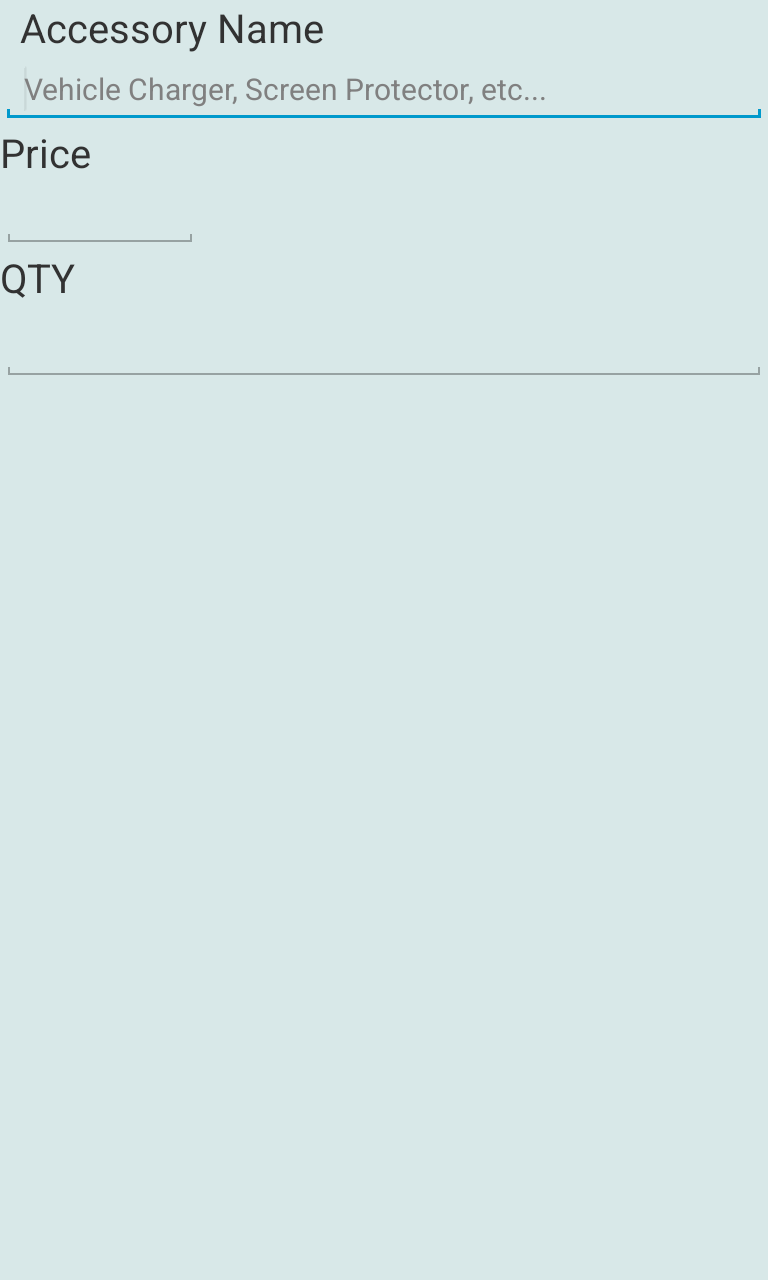
Repository: jemcphe/XCell
Layout: XCell/res/layout/frag_accessories.xml
An editor plug-in stored every save of this project. The layout is shown before and after the next save, followed by the edit.
It is drawn on a 768 x 1280 px phone screen (xhdpi) without system bars, with theme Theme.Xcell; the app's code is not run.

Above is the layout before, as saved 2013-08-16 02:39:05.

### XCell/res/layout/frag_accessories.xml
<?xml version="1.0" encoding="utf-8"?>
<LinearLayout xmlns:android="http://schemas.android.com/apk/res/android"
    android:id="@+id/frag_accessories"
    android:layout_width="match_parent"
    android:layout_height="match_parent"
    android:background="@color/background_xcell"
    android:orientation="vertical" >

    <TextView
        android:layout_width="300dp"
        android:layout_height="wrap_content"
        android:textSize="20sp"
        android:layout_marginLeft="10dp"
        android:text="Accessory Name"/>

    <EditText
        android:id="@+id/editText1"
        android:layout_width="match_parent"
        android:layout_height="wrap_content"
        android:hint="Vehicle Charger, Screen Protector, etc..."
        android:textSize="15sp">

        <requestFocus />
    </EditText>

    <TextView
        android:id="@+id/textView1"
        android:layout_width="wrap_content"
        android:layout_height="wrap_content"
        android:text="Price"
        android:textSize="20sp" />

    <EditText
        android:id="@+id/editText2"
        android:layout_width="100dp"
        android:layout_height="wrap_content"
        android:textSize="15sp"
        android:inputType="numberDecimal" />

    <TextView
        android:id="@+id/textView2"
        android:layout_width="wrap_content"
        android:layout_height="wrap_content"
        android:text="QTY"
        android:textSize="20sp" />

    <EditText
        android:id="@+id/editText3"
        android:layout_width="match_parent"
        android:layout_height="wrap_content"
        android:ems="10"
        android:inputType="number" />

</LinearLayout>

### XCell/res/values/styles_xcell.xml
<?xml version="1.0" encoding="utf-8"?>

<resources>

    <style name="Theme.Xcell" parent="@android:style/Theme.Holo.Light">
        <item name="android:actionBarItemBackground">@drawable/selectable_background_xcell</item>
        <item name="android:popupMenuStyle">@style/PopupMenu.Xcell</item>
        <item name="android:dropDownListViewStyle">@style/DropDownListView.Xcell</item>
        <item name="android:actionBarTabStyle">@style/ActionBarTabStyle.Xcell</item>
        <item name="android:actionDropDownStyle">@style/DropDownNav.Xcell</item>
        <item name="android:actionBarStyle">@style/ActionBar.Solid.Xcell</item>
        <item name="android:actionModeBackground">@drawable/cab_background_top_xcell</item>
        <item name="android:actionModeSplitBackground">@drawable/cab_background_bottom_xcell</item>
        <item name="android:actionModeCloseButtonStyle">@style/ActionButton.CloseMode.Xcell</item>


    </style>

    <style name="ActionBar.Solid.Xcell" parent="@android:style/Widget.Holo.Light.ActionBar.Solid">
        <item name="android:background">@drawable/ab_background_textured_xcell</item>
        <item name="android:backgroundStacked">@drawable/ab_stacked_solid_xcell</item>
        <item name="android:backgroundSplit">@drawable/ab_background_textured_xcell</item>
        <item name="android:progressBarStyle">@style/ProgressBar.Xcell</item>
    </style>

    <style name="ActionBar.Transparent.Xcell" parent="@android:style/Widget.Holo.Light.ActionBar">
        <item name="android:background">@drawable/ab_transparent_xcell</item>
        <item name="android:progressBarStyle">@style/ProgressBar.Xcell</item>
    </style>

    <style name="PopupMenu.Xcell" parent="@android:style/Widget.Holo.Light.ListPopupWindow">
        <item name="android:popupBackground">@drawable/menu_dropdown_panel_xcell</item>
    </style>

    <style name="DropDownListView.Xcell" parent="@android:style/Widget.Holo.Light.ListView.DropDown">
        <item name="android:listSelector">@drawable/selectable_background_xcell</item>
    </style>

    <style name="ActionBarTabStyle.Xcell" parent="@android:style/Widget.Holo.Light.ActionBar.TabView">
        <item name="android:background">@drawable/tab_indicator_ab_xcell</item>
    </style>

    <style name="DropDownNav.Xcell" parent="@android:style/Widget.Holo.Light.Spinner">
        <item name="android:background">@drawable/spinner_background_ab_xcell</item>
        <item name="android:popupBackground">@drawable/menu_dropdown_panel_xcell</item>
        <item name="android:dropDownSelector">@drawable/selectable_background_xcell</item>
    </style>

    <style name="ProgressBar.Xcell" parent="@android:style/Widget.Holo.Light.ProgressBar.Horizontal">
        <item name="android:progressDrawable">@drawable/progress_horizontal_xcell</item>
    </style>

    <style name="ActionButton.CloseMode.Xcell" parent="@android:style/Widget.Holo.Light.ActionButton.CloseMode">
        <item name="android:background">@drawable/btn_cab_done_xcell</item>
    </style>

    <!-- this style is only referenced in a Light.DarkActionBar based theme -->
    <style name="Theme.Xcell.Widget" parent="@android:style/Theme.Holo">
        <item name="android:popupMenuStyle">@style/PopupMenu.Xcell</item>
        <item name="android:dropDownListViewStyle">@style/DropDownListView.Xcell</item>
    </style>

</resources>

### XCell/res/drawable/selectable_background_xcell.xml
<?xml version="1.0" encoding="utf-8"?>
<!-- File created by the Android Action Bar Style Generator

     Copyright (C) 2011 The Android Open Source Project
     Copyright (C) 2012 readyState Software Ltd

     Licensed under the Apache License, Version 2.0 (the "License");
     you may not use this file except in compliance with the License.
     You may obtain a copy of the License at

          http://www.apache.org/licenses/LICENSE-2.0

     Unless required by applicable law or agreed to in writing, software
     distributed under the License is distributed on an "AS IS" BASIS,
     WITHOUT WARRANTIES OR CONDITIONS OF ANY KIND, either express or implied.
     See the License for the specific language governing permissions and
     limitations under the License.
-->

<selector xmlns:android="http://schemas.android.com/apk/res/android"
        android:exitFadeDuration="@android:integer/config_mediumAnimTime" >
    <item android:state_pressed="false" android:state_focused="true" android:drawable="@drawable/list_focused_xcell" />
    <item android:state_pressed="true" android:drawable="@drawable/pressed_background_xcell" />
    <item android:drawable="@android:color/transparent" />
</selector>

### XCell/res/drawable/btn_cab_done_xcell.xml
<?xml version="1.0" encoding="utf-8"?>
<!-- File created by the Android Action Bar Style Generator

     Copyright (C) 2011 The Android Open Source Project
     Copyright (C) 2012 readyState Software Ltd

     Licensed under the Apache License, Version 2.0 (the "License");
     you may not use this file except in compliance with the License.
     You may obtain a copy of the License at

          http://www.apache.org/licenses/LICENSE-2.0

     Unless required by applicable law or agreed to in writing, software
     distributed under the License is distributed on an "AS IS" BASIS,
     WITHOUT WARRANTIES OR CONDITIONS OF ANY KIND, either express or implied.
     See the License for the specific language governing permissions and
     limitations under the License.
-->

<selector xmlns:android="http://schemas.android.com/apk/res/android">
    <item android:state_pressed="true"
        android:drawable="@drawable/btn_cab_done_pressed_xcell" />
    <item android:state_focused="true" android:state_enabled="true"
        android:drawable="@drawable/btn_cab_done_focused_xcell" />
    <item android:state_enabled="true"
        android:drawable="@drawable/btn_cab_done_default_xcell" />
</selector>

### XCell/res/drawable/ab_background_textured_xcell.xml
<?xml version="1.0" encoding="utf-8"?>
<!-- File created by the Android Action Bar Style Generator

     Copyright (C) 2012 readyState Software Ltd

     Licensed under the Apache License, Version 2.0 (the "License");
     you may not use this file except in compliance with the License.
     You may obtain a copy of the License at

          http://www.apache.org/licenses/LICENSE-2.0

     Unless required by applicable law or agreed to in writing, software
     distributed under the License is distributed on an "AS IS" BASIS,
     WITHOUT WARRANTIES OR CONDITIONS OF ANY KIND, either express or implied.
     See the License for the specific language governing permissions and
     limitations under the License.
-->

<bitmap xmlns:android="http://schemas.android.com/apk/res/android"
    android:src="@drawable/ab_texture_tile_xcell"
    android:tileMode="repeat" />

### XCell/res/drawable/progress_horizontal_xcell.xml
<?xml version="1.0" encoding="utf-8"?>
<!-- File created by the Android Action Bar Style Generator

     Copyright (C) 2011 The Android Open Source Project
     Copyright (C) 2012 readyState Software Ltd

     Licensed under the Apache License, Version 2.0 (the "License");
     you may not use this file except in compliance with the License.
     You may obtain a copy of the License at

          http://www.apache.org/licenses/LICENSE-2.0

     Unless required by applicable law or agreed to in writing, software
     distributed under the License is distributed on an "AS IS" BASIS,
     WITHOUT WARRANTIES OR CONDITIONS OF ANY KIND, either express or implied.
     See the License for the specific language governing permissions and
     limitations under the License.
-->

<layer-list xmlns:android="http://schemas.android.com/apk/res/android">

    <item android:id="@android:id/background"
          android:drawable="@drawable/progress_bg_xcell" />

    <item android:id="@android:id/secondaryProgress">
        <scale android:scaleWidth="100%"
               android:drawable="@drawable/progress_secondary_xcell" />
    </item>

    <item android:id="@android:id/progress">
        <scale android:scaleWidth="100%"
               android:drawable="@drawable/progress_primary_xcell" />
    </item>

</layer-list>

### XCell/res/drawable/spinner_background_ab_xcell.xml
<?xml version="1.0" encoding="utf-8"?>
<!-- File created by the Android Action Bar Style Generator

     Copyright (C) 2011 The Android Open Source Project
     Copyright (C) 2012 readyState Software Ltd

     Licensed under the Apache License, Version 2.0 (the "License");
     you may not use this file except in compliance with the License.
     You may obtain a copy of the License at

          http://www.apache.org/licenses/LICENSE-2.0

     Unless required by applicable law or agreed to in writing, software
     distributed under the License is distributed on an "AS IS" BASIS,
     WITHOUT WARRANTIES OR CONDITIONS OF ANY KIND, either express or implied.
     See the License for the specific language governing permissions and
     limitations under the License.
-->

<selector xmlns:android="http://schemas.android.com/apk/res/android">
    <item android:state_enabled="false"
        android:drawable="@drawable/spinner_ab_disabled_xcell" />
    <item android:state_pressed="true"
        android:drawable="@drawable/spinner_ab_pressed_xcell" />
    <item android:state_pressed="false" android:state_focused="true"
        android:drawable="@drawable/spinner_ab_focused_xcell" />
    <item android:drawable="@drawable/spinner_ab_default_xcell" />
</selector>

### XCell/res/drawable/tab_indicator_ab_xcell.xml
<?xml version="1.0" encoding="utf-8"?>
<!-- File created by the Android Action Bar Style Generator

     Copyright (C) 2011 The Android Open Source Project
     Copyright (C) 2012 readyState Software Ltd

     Licensed under the Apache License, Version 2.0 (the "License");
     you may not use this file except in compliance with the License.
     You may obtain a copy of the License at

          http://www.apache.org/licenses/LICENSE-2.0

     Unless required by applicable law or agreed to in writing, software
     distributed under the License is distributed on an "AS IS" BASIS,
     WITHOUT WARRANTIES OR CONDITIONS OF ANY KIND, either express or implied.
     See the License for the specific language governing permissions and
     limitations under the License.
-->

<selector xmlns:android="http://schemas.android.com/apk/res/android">
    <!-- Non focused states -->
    <item android:state_focused="false" android:state_selected="false" android:state_pressed="false" android:drawable="@android:color/transparent" />
    <item android:state_focused="false" android:state_selected="true"  android:state_pressed="false" android:drawable="@drawable/tab_selected_xcell" />

    <!-- Focused states -->
    <item android:state_focused="true" android:state_selected="false" android:state_pressed="false" android:drawable="@drawable/tab_unselected_focused_xcell" />
    <item android:state_focused="true" android:state_selected="true"  android:state_pressed="false" android:drawable="@drawable/tab_selected_focused_xcell" />

    <!-- Pressed -->
    <!--    Non focused states -->
    <item android:state_focused="false" android:state_selected="false" android:state_pressed="true" android:drawable="@drawable/tab_unselected_pressed_xcell" />
    <item android:state_focused="false" android:state_selected="true"  android:state_pressed="true" android:drawable="@drawable/tab_selected_pressed_xcell" />

    <!--    Focused states -->
    <item android:state_focused="true" android:state_selected="false" android:state_pressed="true" android:drawable="@drawable/tab_unselected_pressed_xcell" />
    <item android:state_focused="true" android:state_selected="true"  android:state_pressed="true" android:drawable="@drawable/tab_selected_pressed_xcell" />
</selector>

### XCell/res/drawable/pressed_background_xcell.xml
<?xml version="1.0" encoding="utf-8"?>
<!-- File created by the Android Action Bar Style Generator

     Copyright (C) 2011 The Android Open Source Project
     Copyright (C) 2012 readyState Software Ltd

     Licensed under the Apache License, Version 2.0 (the "License");
     you may not use this file except in compliance with the License.
     You may obtain a copy of the License at

          http://www.apache.org/licenses/LICENSE-2.0

     Unless required by applicable law or agreed to in writing, software
     distributed under the License is distributed on an "AS IS" BASIS,
     WITHOUT WARRANTIES OR CONDITIONS OF ANY KIND, either express or implied.
     See the License for the specific language governing permissions and
     limitations under the License.
-->

<shape xmlns:android="http://schemas.android.com/apk/res/android" android:shape="rectangle">
    <solid android:color="@color/pressed_xcell" />
</shape>

### XCell/res/values/colors_xcell.xml
<?xml version="1.0" encoding="utf-8"?>
<!-- File created by the Android Action Bar Style Generator

     Copyright (C) 2011 The Android Open Source Project
     Copyright (C) 2012 readyState Software Ltd

     Licensed under the Apache License, Version 2.0 (the "License");
     you may not use this file except in compliance with the License.
     You may obtain a copy of the License at

          http://www.apache.org/licenses/LICENSE-2.0

     Unless required by applicable law or agreed to in writing, software
     distributed under the License is distributed on an "AS IS" BASIS,
     WITHOUT WARRANTIES OR CONDITIONS OF ANY KIND, either express or implied.
     See the License for the specific language governing permissions and
     limitations under the License.
-->

<resources>
    <color name="pressed_xcell">#CC33B5E5</color>
    <color name="background_xcell">#d8e8e8</color>
    <color name="xcell_blue">#12679b</color>
</resources>

After the next save:
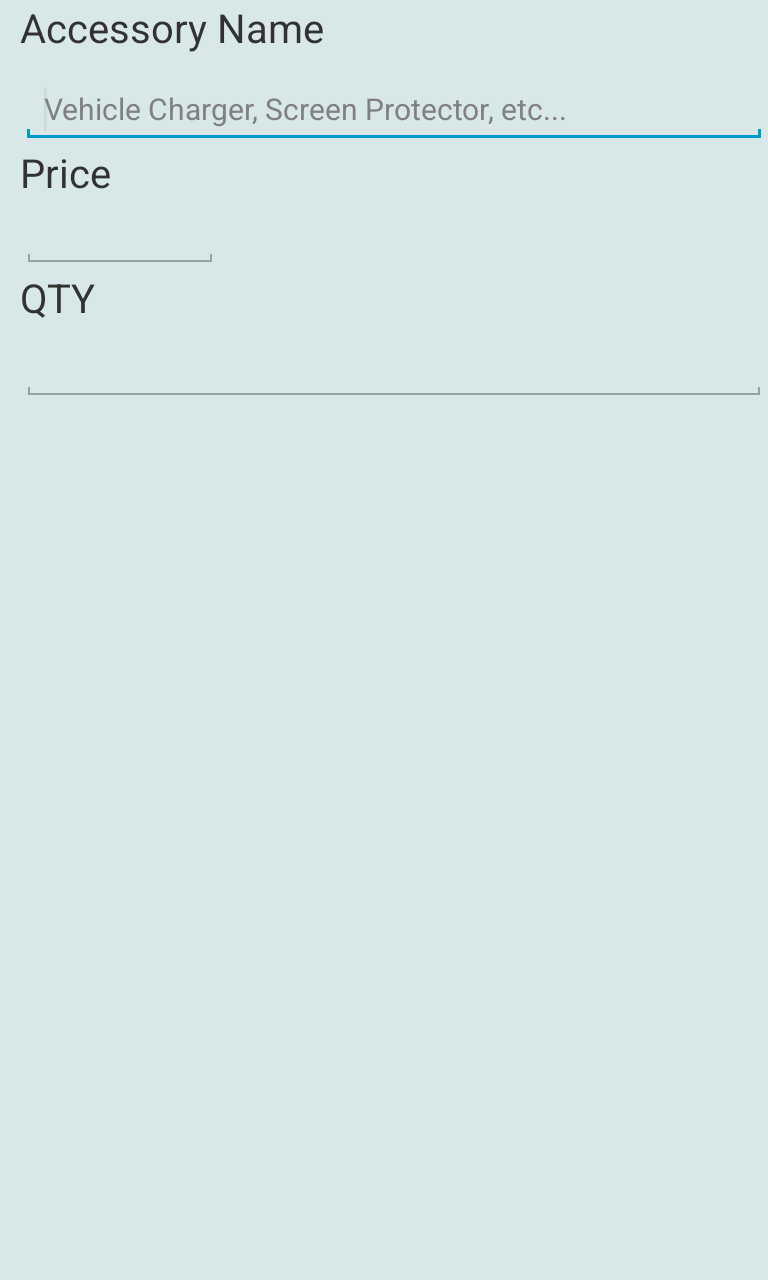
Saved 48 s later.
--- a/XCell/res/layout/frag_accessories.xml
+++ b/XCell/res/layout/frag_accessories.xml
@@ -18,7 +18,9 @@
         android:layout_width="match_parent"
         android:layout_height="wrap_content"
         android:hint="Vehicle Charger, Screen Protector, etc..."
-        android:textSize="15sp">
+        android:layout_marginLeft="10dp"
+        android:textSize="15sp"
+        android:layout_marginTop="10dp">
 
         <requestFocus />
     </EditText>
@@ -28,27 +30,31 @@
         android:layout_width="wrap_content"
         android:layout_height="wrap_content"
         android:text="Price"
-        android:textSize="20sp" />
+        android:textSize="20sp"
+        android:layout_marginLeft="10dp" />
 
     <EditText
         android:id="@+id/editText2"
         android:layout_width="100dp"
         android:layout_height="wrap_content"
         android:textSize="15sp"
-        android:inputType="numberDecimal" />
+        android:inputType="numberDecimal"
+        android:layout_marginLeft="10dp" />
 
     <TextView
         android:id="@+id/textView2"
         android:layout_width="wrap_content"
         android:layout_height="wrap_content"
         android:text="QTY"
-        android:textSize="20sp" />
+        android:textSize="20sp"
+        android:layout_marginLeft="10dp" />
 
     <EditText
         android:id="@+id/editText3"
         android:layout_width="match_parent"
         android:layout_height="wrap_content"
         android:ems="10"
-        android:inputType="number" />
+        android:inputType="number"
+        android:layout_marginLeft="10dp" />
 
 </LinearLayout>
